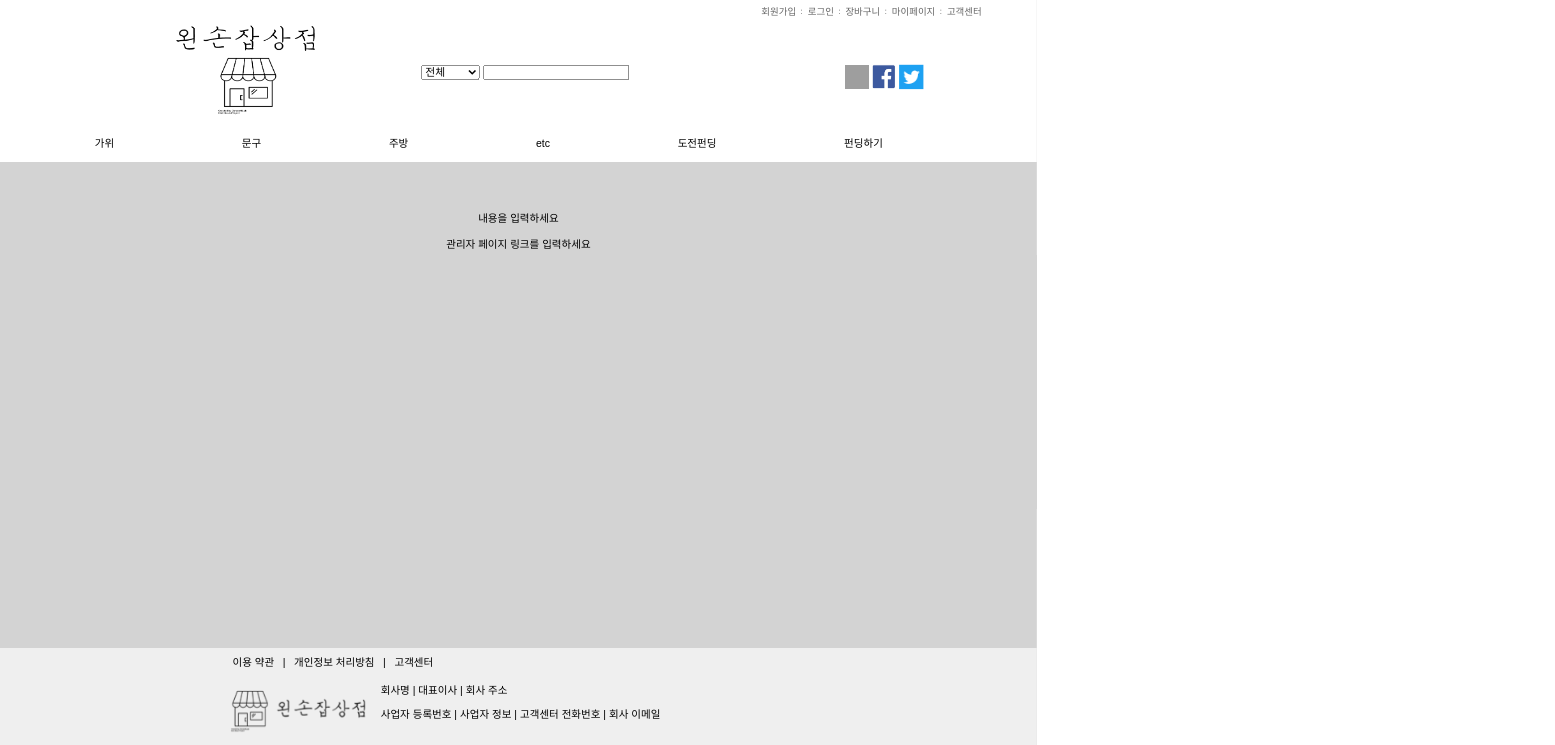
Repository: GroundPark/team6
Page: http://localhost/lefthand/index.jsp
These files come from the project's save history. The page is drawn as it stood at one moment and after the next save; the edit follows.
The browser window is 1280 px wide. The page is 1280 px wide, then 1920 px, then 1280 px, so the pictures cover 1920 px, including what lies to the right of the window. The pictures show the whole page, at 81% of full size.
Pictures or frames that could not be fetched are drawn as grey boxes. The page is served by Tomcat 9. Nobody is signed in. The application's start-up code is not run. Other server files are loaded and not shown.

Above is the page before, as saved 2021-11-20 04:20:12.

### lefthand/WebContent/index.jsp
<%@ page language="java" contentType="text/html; charset=UTF-8" pageEncoding="UTF-8"%>
<%

%>
<body>
<%@ include file="include/header.jsp" %>
<div class="maindiv">
    <br /><br /><br /><br />
    <h2 align="center">내용을 입력하세요</h2>
    <br />
	<h2 align="center"><a href="#" >관리자 페이지 링크를 입력하세요</a></h2>
	<br />
</div>
<%@ include file="include/footer.jsp" %>

### lefthand/WebContent/include/header.jsp
<%@ page language="java" contentType="text/html; charset=UTF-8" pageEncoding="UTF-8"%>
<%@ page import="product.vo.*" %>
<!DOCTYPE html PUBLIC "-//W3C//DTD HTML 4.01 Transitional//EN" "http://www.w3.org/TR/html4/loose.dtd">

<html>
<head>
<meta http-equiv="Content-Type" content="text/html; charset=UTF-8">
<title>Insert title here</title>
<link rel="stylesheet" type="text/css" href="css/reset.css" />
<link rel="stylesheet" type="text/css" href="css/base.css" />
<link rel="stylesheet" type="text/css" href="css/layout.css" />
<link rel="stylesheet" type="text/css" href="css/header.css" />
<link rel="stylesheet" type="text/css" href="css/footer.css" />
<link rel="stylesheet" type="text/css" href="css/teststyle.css" />	<!-- 박지상 테스트용 css -->
<script type="text/javascript" src=""></script>
<script type="text/javascript" src=""></script>
</head>
<body>
<!-- #header 영역 시작 -->
<div id="wrapper">
<div id="header">
	<div id="logo"><h1 class="logo"><a href="#"><img src="img/header/logo.png" alt="로고" class="logo" /></a></h1></div>
	<ul id="infoMenu">
		<li><a href="#">회원가입</a></li>
		<li><a href="#">로그인</a></li>
		<li><a href="#">장바구니</a></li>
		<li><a href="#">마이페이지</a></li>
		<li><a href="#">고객센터</a></li>
	</ul>
	<h2>검색 창</h2>
	<ul id="searchMain">
		<li><select class="hand">
			<option value="전체">전체</option>
			<option value="가위">가위</option>
			<option value="문구">문구</option>
			<option value="주방">주방</option>
			<option value="etc">etc</option>
			<option value="도전펀딩">도전펀딩</option>
			<option value="펀딩하기">펀딩하기</option>
		</select></li>
		<li><input type="text" /></li>
	</ul>
	<h2>메인 메뉴</h2>
	<ul id="navigation">
		<li><a href="pdt_list.pdt">가위</a></li>
		<li><a href="pdt_office.pdt">문구</a></li>
		<li><a href="pdt_kitchen.pdt">주방</a></li>
		<li><a href="pdt_etc.pdt">etc</a></li>
		<li><a href="#">도전펀딩</a></li>
		<li><a href="#">펀딩하기</a></li>
	</ul>
	<h2>SNS</h2>
	<ul id="sns">
		<li><a href="#"><img src="img/header/instagram.png" alt="인스타" /></a></li>
		<li><a href="#"><img src="img/header/facebook.jpg" alt="페이스북" /></a></li>
		<li><a href="#"><img src="img/header/twitter.png" alt="트위터" /></a></li>
	</ul>
</div>
<!-- div#header 영역 종료 -->

### lefthand/WebContent/include/footer.jsp
<%@ page language="java" contentType="text/html; charset=UTF-8" pageEncoding="UTF-8"%>
<!DOCTYPE html PUBLIC "-//W3C//DTD HTML 4.01 Transitional//EN" "http://www.w3.org/TR/html4/loose.dtd">

<footer>
	<!-- footerInner영역 시작 -->
	<div class="footerInner">
		<div class="corp_area">
			<ul class="corp_list">
				<li><a href="#">이용 약관</a></li> |
				<li><a href="#">개인정보 처리방침</a></li> |
				<li><a href="#">고객센터</a></li>
			</ul>
		</div>
		<div class="company_info_area">
		<img src="img/logo_long.png" width="191px" height="59px" alt="Logo" class="footerLogo"/>
			<div class="ci_area">
				<ul class="company_info">
					<li><a href="#">회사명</a></li> |
					<li><a href="#">대표이사</a></li> |
					<li><a href="#">회사 주소</a></li>
				</ul>
			</div>
		</div>
			<div class="ci_area">
			<ul class="company_info">
				<li><a href="#">사업자 등록번호</a></li> |
				<li><a href="#">사업자 정보</a></li> |
				<li><a href="#">고객센터 전화번호</a></li> |
				<li><a href="#">회사 이메일</a></li>
			</ul>
			</div>
		</div>
 	</div>
</footer>
</div>
</body>
</html>

### lefthand/WebContent/css/reset.css


body, div, span, dl, dt, dd, ul, ol, li, h1, h2, h3, h4, h5, h6, blockquote, p, address, pre, form, fieldset, input, textarea, select, table, th, td { margin:0; padding:0; }

h1, h2, h3, h4, h5, h6 { font-weight:normal; font-size:100%; }

fieldset, abbr, acronym, img { border:0 none; }

ul, ol { list-style:none; }

caption, th { font-weight:normal; text-align:left; }

address, b, em, i, strong { font-weight:normal; font-style:normal; }

ins { text-decoration:none; }
del { text-decoration:line-through; }

blockquote:before, blockquote:after, q:before, q:after { content:""; }

hr { display:none; }

### lefthand/WebContent/css/base.css
/*
base.css : 사이트 전체에 적용할 기본 설정값.
				  기본 글꼴, 배경 등 스타일로 사이트 전체에 통일성 줌
*/

.hand { cursor:pointer; }	/* cursor:pointer : .hand클래스가 있는 태그에 마우스를 올렸을 때 마우스모양이 손모양으로 바뀜 */

body {
	font-family:"돋움", Dotum, "굴림", Gulim, sans-serif;
	font-size:13px;
}

a:link { color:#4f4f4f; text-decoration:none; }
a:visited { color:#8a2e91; text-decoration:none; }
a:hover { color:#f00; text-decoration:underline; }
a:focus { color:#f00; text-decoration:underline; }
a:active { color:#f00; text-decoration:none; }

/*----------------- 해더 영역 ----------------- */

#header { position:relative; width:1200px; height:200px; margin:0 auto;  border:0px black solid; }
#header h2, legend, .banner h3, .search h3, #slogan h2, #footer h2 { display:none; }

.logo { width:230px; height:130px; }
#logo { position:absolute; top:15px; left:150px; }

#infoMenu { position:absolute; top:0; right:0; text-align:right; margin-right:25px; font-size:0.9em; padding:8px 0 7px 0; }
#infoMenu li { display:inline; padding:0 3px 0 8px; background:url("../img/header/topnavi_bar.gif") no-repeat 0 4px;}
#infoMenu li:first-child { background:none; }
/* id가 'infoMenu'인 요소내에 있는 li요소들 중 첫번째 요소의 배경이미지를 삭제 */
#infoMenu li a { color:#676767; }
#infoMenu li a:hover, #infoMenu li a:focus { color:#000 }

#searchMain { position:absolute; top:80px; left:480px; }
#searchMain li { display:inline; }

#navigation { position:absolute; top:170px; border:0px black solid; margin:0 auto;}
#navigation li { display:inline; margin:0 77px; }

#sns { position:absolute; top:80px; right:100px; }
#sns li { display:inline; }
#sns li a img { width:30px; height:30px; display:inline; }

/*----------------- 푸터 영역 ----------------- */

### lefthand/WebContent/css/layout.css


#wrapper {
	position: relative;
	width: 100%;
	min-height :100%
}



#contents {

}

### lefthand/WebContent/css/header.css
@charset "EUC-KR";
/* base용 css */

### lefthand/WebContent/css/footer.css
@charset "EUC-KR";
/* base용 css */
body {
	font-family:"돋움", Dotum, "굴림", Gulim, sans-serif; font-size:13px;
	line-height:1.2;
}

a:link { color:#000; text-decoration:none; }
a:visited { color:#000; text-decoration:none; }
a:hover { color:#000; text-decoration:underline; }
a:focous { color:#000; text-decoration:underline; }
a:active { color:#000; text-decoration:none; }


/* layout용 css */
footer {
	width:100%; height:120px; margin:0 auto; background:#efefef; position:absolute;

	bottom: 0;
}

/* ---------- footer 영역 ---------- */
.footerInner { width:1200px; height:120px; position:absolute;  }
.corp_area { padding-top:10px; padding-left:125px; }
.corp_list { padding-left:155px; }
.corp_area ul { text-align:left; }
.corp_area li { display:inline-block; padding:0 7px 0 7px; }
.footerLogo { position:absolute; top:50px; padding-left:280px; }
.company_info_area { overflow:hidden; margin-bottom:10px; padding-top:10px;  }
.company_info_area > div:nth-of-type(1) { padding:9px 0 5px 0; }
.company_info { overflow:hidden; margin: 0 0 0 470px;}
.company_info ul { text-align:left;}
.company_info li { display:inline-block;  }

### lefthand/WebContent/css/teststyle.css
@charset "UTF-8";

.maindiv{
	height: 100%;	width:100%;
	background-color:#d3d3d3;
}


.pdt_contents {
	width:80%; height:600px;  margin: 0 auto;
	background-color:#bbbbbb;

}

After the next save:
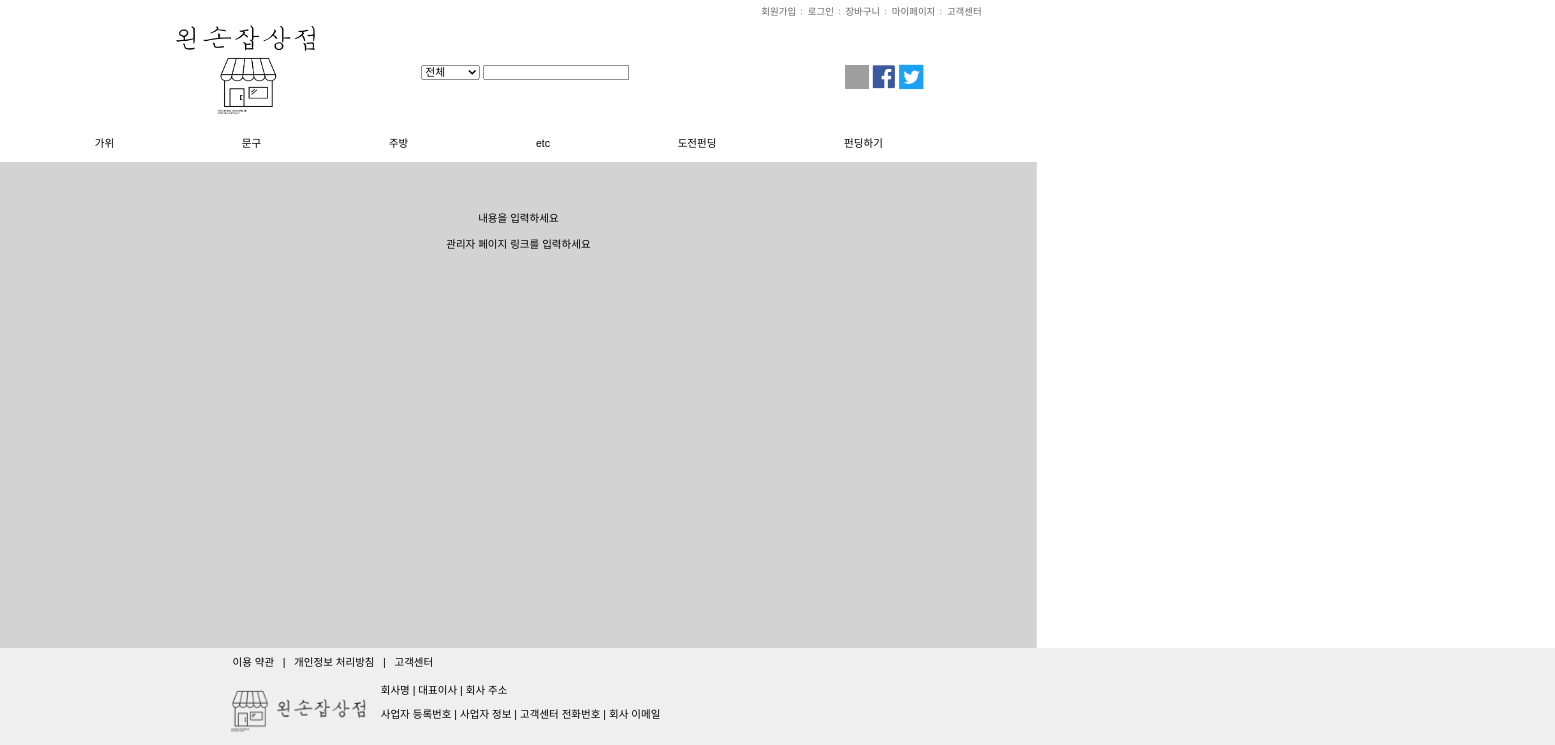
Saved 71 s later.
--- a/lefthand/WebContent/css/footer.css
+++ b/lefthand/WebContent/css/footer.css
@@ -14,7 +14,7 @@
 
 /* layout용 css */
 footer {
-	width:100%; height:120px; margin:0 auto; background:#efefef; position:absolute;
+	width:1920px; height:120px; margin:0 auto; background:#efefef; position:absolute;
 
 	bottom: 0;
 }

After the save that followed:
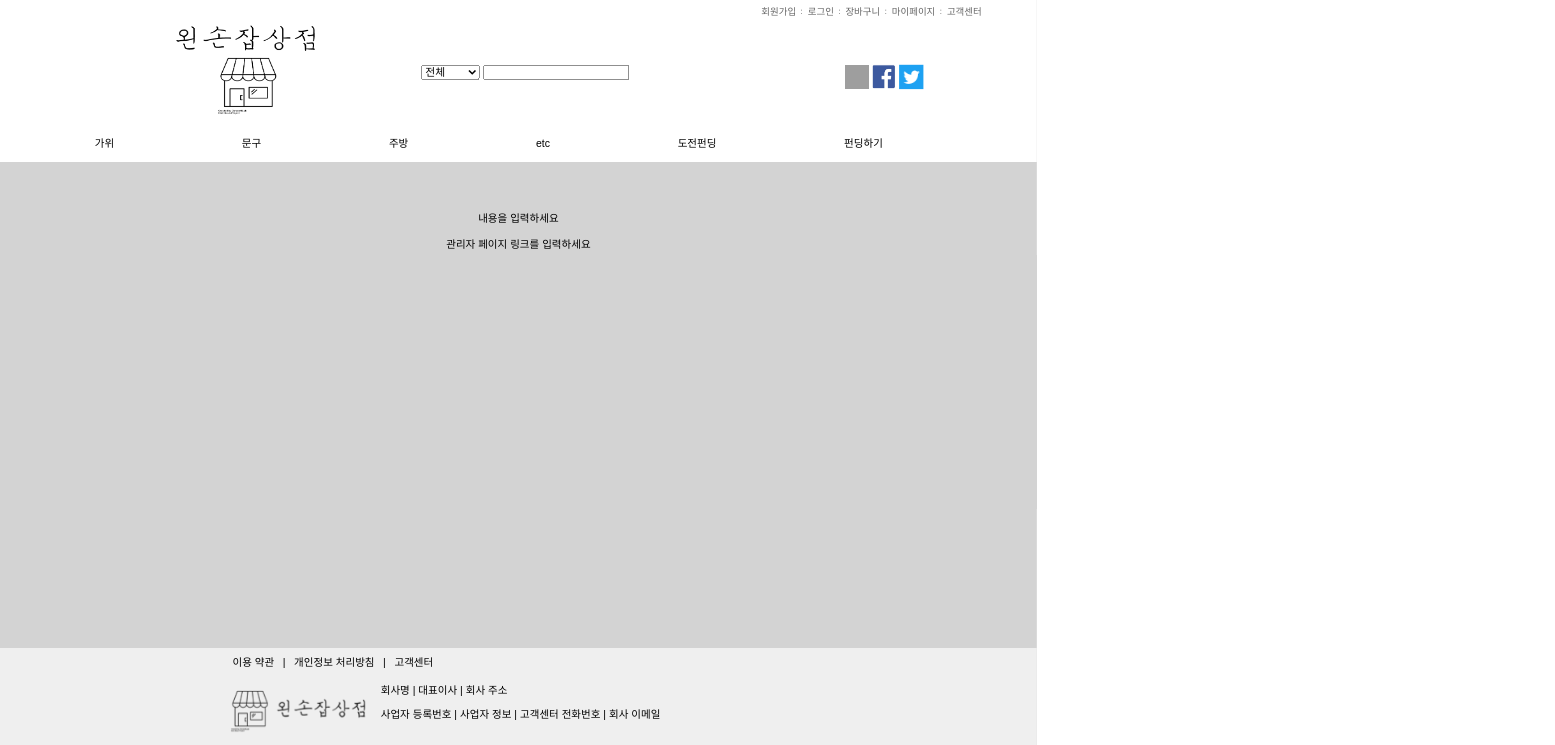
Saved 18 s later.
--- a/lefthand/WebContent/css/footer.css
+++ b/lefthand/WebContent/css/footer.css
@@ -14,7 +14,7 @@
 
 /* layout용 css */
 footer {
-	width:1920px; height:120px; margin:0 auto; background:#efefef; position:absolute;
+	width:100%; height:120px; margin:0 auto; background:#efefef; position:absolute;
 
 	bottom: 0;
 }
